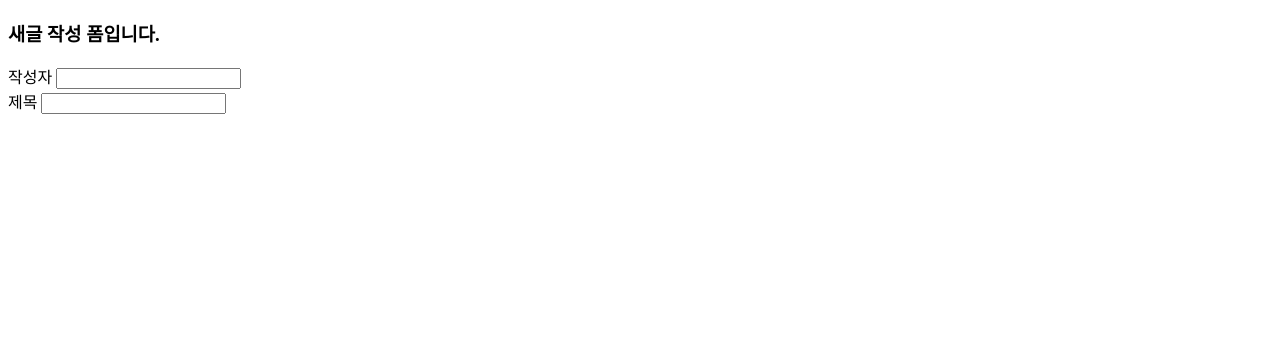
Repository: hyunhee7/web_work
Page: http://localhost/Step07_GuestBoard/board/insertform.jsp
These files come from the project's save history. The page is drawn as it stood at one moment and after the next save; the edit follows.
The browser window is 1280 px wide. The pictures show the whole page.
The page is served by Tomcat 9.

Above is the page before, as saved 2017-06-27 01:55:20.

After the next save:
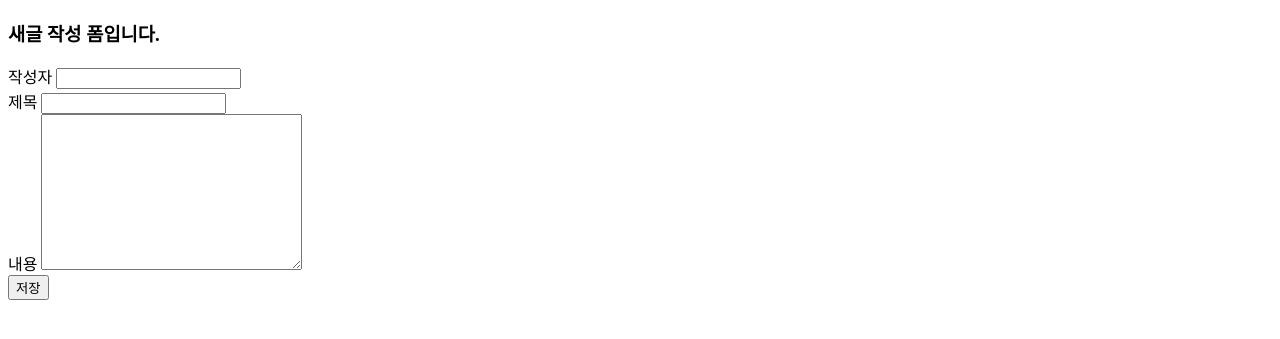
Saved 41 s later.
--- a/Step07_GuestBoard/WebContent/board/insertform.jsp
+++ b/Step07_GuestBoard/WebContent/board/insertform.jsp
@@ -12,7 +12,11 @@
 		<label for="writer">작성자</label>
 		<input type="text" name="writer" id="writer"/><br />
 		<label for="title">제목</label>
-		<input type="text" name="title" id="title" />
+		<input type="text" name="title" id="title" /><br />
+		<label for="content">내용</label>
+		<textarea name="content" id="content" cols="30" rows="10"></textarea>
+		<br />
+		<button type="submit">저장</button>
 	</form>
 </body>
 </html>
